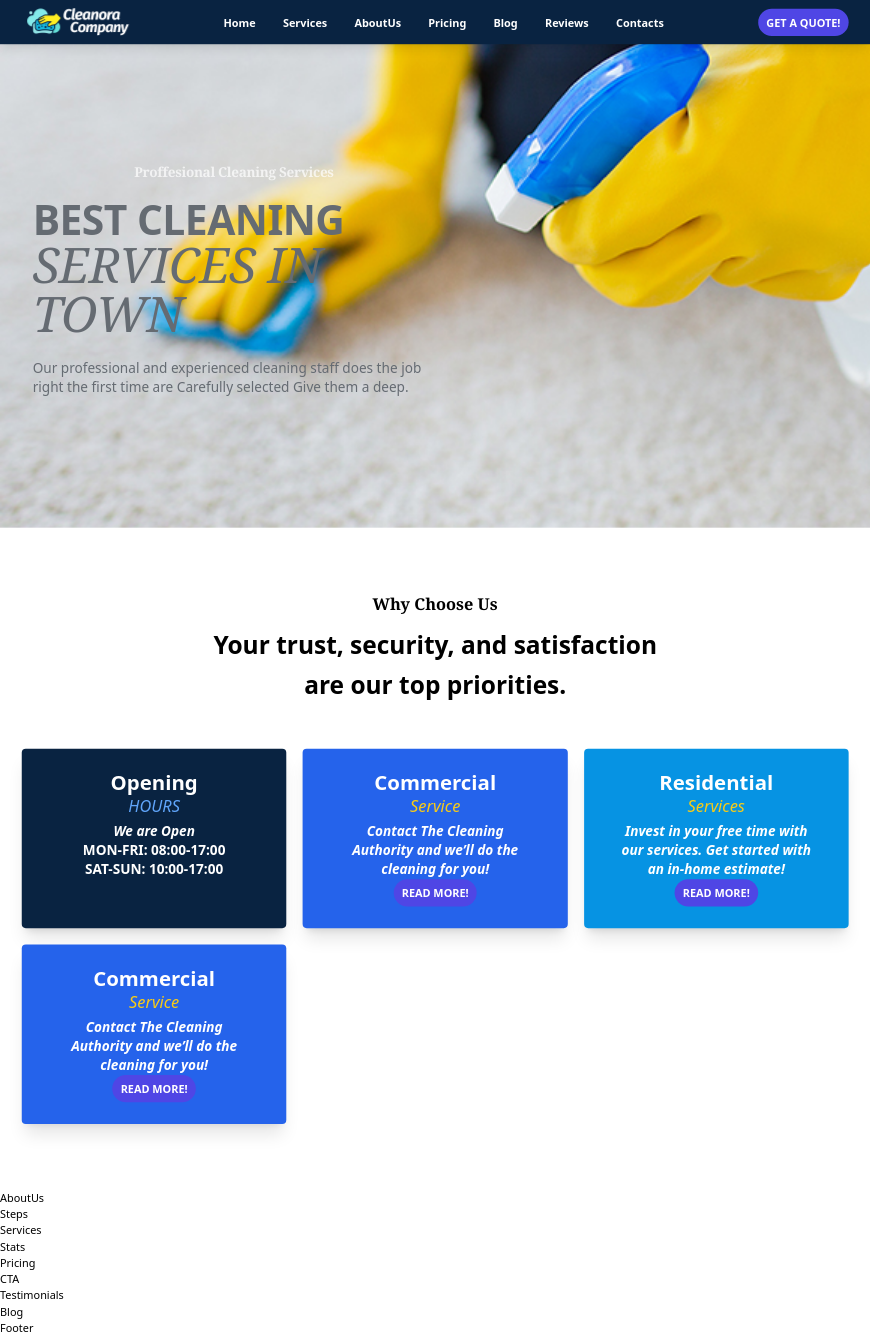
Repository: remydev47/cleonara
Page: /
An editor plug-in stored every save of this project. The page is shown before and after the next save, followed by the edit.
The browser window is 1280 px wide. The pictures show the whole page, at 68% of full size.
The project was rebuilt for these pictures with package versions that can differ from the ones it lists, and the page was loaded fresh each time. The framework's server and built-in components were replaced by stand-ins that run in the browser. Also part of the build but not shown: next.config.js.

Above is the page before, as saved 2022-11-01 12:56:49.

### pages/_app.tsx
import '../styles/globals.css'
import type { AppProps } from 'next/app'
import Header from '../components/Header'

function MyApp({ Component, pageProps }: AppProps) {
  return(
    <>
      <Header />
      <Component {...pageProps} />
    </>

  )
}

export default MyApp

### pages/index.tsx
import type { NextPage } from 'next'
import Head from 'next/head'
import Image from 'next/image'
import { AboutUs, CTA, Hero, Offers, Pricing, Services, Blog, Stats, Steps, Testimonials, Footer } from '../components'

const Home: NextPage = () => {
  return (
    <div className="">
      <Head>
        <title>CLEONARA</title>
        <link rel="icon" href="/favicon.ico" />
      </Head>
      <Hero/>
      <Offers />
      <AboutUs />
      <Steps />
      <Services />
      <Stats />
      <Pricing />
      <CTA />
      <Testimonials />
      <Blog />
      <Footer />
    </div>
  )
}

export default Home

### components/Header.tsx
import React from 'react';
import { navLinks } from '../constants';
import Menupopover from './Menupopover';
import Image from 'next/image';
import Logo from './Logo';
import { Button } from './Button';

const Header = () => {
  return (
    <header className="fixed inset-x-0 bg-[#092341] z-20 flex justify-between items-center py-2 px-2 shadow-lg dark:bg-slate-900 sm:py-3 sm:px-8">
            <div className='flex grow-0 basis-1/3 md:hidden'>
                <Menupopover />
            </div>

             <div className='flex grow-0 ml-2 justify-center md:justify-start'>
                <Logo />

            </div>


            <ul className="list-none sm:flex hidden justify-center items-center flex-1">
            {navLinks.map((nav, index) => (
                <li
                key={nav.id}
                className={`font-bold cursor-pointer text-[16px] hover:text-blue-400
                   ${index === navLinks.length - 1 ? 'mr-0' : 'mr-10'}
                  text-white `}
                >
                    <a>{nav.title}</a>
                </li>
            ))}
           </ul>

          <div className='sm:flex hidden'>
            <Button variant='solid'>
              GET A QUOTE!
            </Button>
          </div>

        </header>
  )
}

export default Header

### components/index.ts
import Hero from "./Hero";
import Offers from "./Offers";
import AboutUs from "./AboutUs";
import Steps from "./Steps";
import Services from "./Services";
import Stats from "./Stats";
import Pricing from "./Pricing";
import CTA from "./CTA";
import Testimonials from "./Testimonials";
import Blog from "./Blog";
import Footer from "./Footer";

export {
    Hero, Offers, AboutUs, Steps, Services, Stats, Pricing, CTA, Testimonials, Blog, Footer
}

### constants/index.ts
export const navLinks=[
    {
        id:"home",
        title:"Home",
    },
    {
        id:"services",
        title:"Services",
    },
    {
        id:"AboutUs",
        title:"AboutUs",
    },
    {
        id:"pricing",
        title:"Pricing",
    },
    {
        id:"blog",
        title:"Blog",
    },
    {
        id:"reviews",
        title:"Reviews",
    },
    {
        id:"contacts",
        title:"Contacts",
    },
]

### components/Menupopover.tsx
import React, {useState, Fragment} from 'react';
import { navLinks } from '../constants';
import { IconButton, Button } from './Button';
import { Transition, Dialog } from '@headlessui/react';
import Logo from './Logo';
import Image from 'next/image';

const Menupopover = () => {
  const [isOpen, setIsOpen] = useState(false)

  return (
    <div>
    <IconButton
      variant='ghost'
      aria-label='menu'
      onClick={() => setIsOpen(!isOpen)}
    >
      <svg className='h-6 w-6 ' fill='none' stroke='currentColor'>
        <path
          strokeLinecap='round'
          strokeLinejoin='round'
          strokeWidth={2}
          d='M4 6h16M4 12h16M4 18h16'
        />
      </svg>
    </IconButton>
    <Transition
      show={isOpen}
      appear
      as={Fragment}
      enter='transform transition ease-in-out duration-300'
      enterFrom='-translate-x-full'
      enterTo='translate-x-0'
      leave='transform transition ease-in-out duration-300 delay-200'
      leaveFrom='translate-x-0'
      leaveTo='-translate-x-full'
     >
     <Dialog
       as='div'
       className={`fixed inset-0 z-50`}
       onClose={setIsOpen}
       open={isOpen}
       >
       <Transition.Child
         as={Fragment}
         enter='ease-out duration-300 delay-300'
         enterFrom='opacity-0'
         enterTo='opacity-100'
         leave='ease-in duration-200'
         leaveFrom='opacity-100'
         leaveTo='opacity-0'
       >

        <Dialog.Overlay
          className={`fixed inset-0 bg-black/20 backdrop-blur-sm dark:bg-gray-900/80`}
         />
      </Transition.Child>
       <div className={styles.dialogcontainer}>
        <a className='mx-auto mt-4 flex w-[140px] '>
          <Logo />
        </a>
        <ul
            className={styles.navWrapper2}
         >
            {navLinks.map((nav, index) => (
                <li
                 key={nav.id}
                 className={` font-bold cursor-pointer text-[16px]
                  mt-2 border-t border-slate-200 py-4 dark:border-slate-600
                  ${index === navLinks.length - 1 ? 'mr-0' : 'mb-4'}
                  text-white `}
                >
                 <a href={`#${nav.id}`}>
                    {nav.title}
                 </a>
                </li>
             ))}
         </ul>

        <IconButton
          variant='ghost'
          aria-label='close menu'
          className='absolute top-5 right-5'
          onClick={() => setIsOpen(false)}
        >
          <svg
            viewBox='0 0 10 10'
            className='h-2.5 w-2.5 overflow-visible'
            aria-hidden='true'
          >
            <path
                d='M0 0L10 10M10 0L0 10'
                fill='none'
                stroke='currentColor'
                strokeWidth='2'
                strokeLinecap='round'
              />
          </svg>
        </IconButton>
       </div>
     </Dialog>
    </Transition>
  </div>
  )
}

export default Menupopover;

const styles ={
  dialogcontainer:`fixed top-0 bottom-0 left-0 w-full max-w-xs rounded-r-xl bg-[#092341] p-6 shadow-lg dark:bg-gray-800`,
  menuitems:`group relative flex h-9 items-center oveflow-hidden rounded-md hover:bg-slate-200/50`,
  navWrapper2:`list-none flex flex-col justify-end items-center flex-1`,
}

### components/Logo.tsx
import React from 'react'
import Image from 'next/image'

const Logo = () => {
  return (
    <div>
        <Image
          src='/images/logo.png'
          alt='Cleonara'
          height={80}
          width={150}
        />
    </div>
  )
}

export default Logo

### components/Button/index.tsx
import React, { forwardRef } from "react";
//import { __DEV__ } from "../../utils/assertions";

type BaseButtonProps = Omit<React.HTMLProps<HTMLButtonElement>, "size">;

/* === Button Element === */

export interface ButtonProps extends BaseButtonProps {
  children: React.ReactNode;
  fullWidth?: boolean;
  className?: string;
  variant?: "solid" | "outline" | "ghost";
  size?: "sm" | "md" | "lg";
  as?: string;
  isExternal?: boolean;
  type?: "button" | "submit" | "reset";
}

export const Button = forwardRef<HTMLButtonElement, ButtonProps>(
  (
    {
      children,
      variant = "solid",
      size = "md",
      fullWidth = false,
      className,
      as = "button",
      isExternal = false,
      ...rest
    },
    ref
  ) => {
    let tempClassNames: string[] = [];

    const sharedClasses = [
      "capitalize",
      "focus:outline-none",
      "focus:ring-2",
      "focus:ring-indigo-400",
      "focus:ring-offset-2",
      "focus:ring-offset-indigo-50",
      "font-semibold",
      "rounded-full",
      "inline-flex",
      "flex-shrink-0",
      "items-center",
      "justify-center",
      "transition-colors",
      "ease-in-out",
      "duration-500",
    ];

    if (fullWidth) sharedClasses.push("w-full");

    // handle variants
    let btnSolid = ["bg-indigo-600", "hover:bg-indigo-700", "text-white"];
    let btnOutline = [
      "dark:text-white",
      "hover:text-indigo-700",
      "hover:dark:text-indigo-700",
      "bg-transparent",
      "hover:bg-indigo-50",
      "border",
      "border-indigo-600",
    ];
    let btnGhost = [
      "bg-transparent",
      "dark:text-white",
      "hover:bg-indigo-50",
      "hover:text-indigo-700",
      "hover:dark:text-indigo-700",
    ];

    if (variant === "solid") {
      tempClassNames = [...sharedClasses, ...btnSolid];
    } else if (variant === "outline") {
      tempClassNames = [...sharedClasses, ...btnOutline];
    } else if (variant === "ghost") {
      tempClassNames = [...sharedClasses, ...btnGhost];
    }

    // handle sizes
    let sizeSm = ["h-8", "px-2", "text-sm"];
    let sizeMd = ["h-10", "px-3"];
    let sizeLg = ["h-12", "px-4", "text-lg"];

    if (size === "sm") {
      tempClassNames = [...tempClassNames, ...sizeSm];
    } else if (size === "md") {
      tempClassNames = [...tempClassNames, ...sizeMd];
    } else if (size === "lg") {
      tempClassNames = [...tempClassNames, ...sizeLg];
    }

    let classes = tempClassNames.join(" ");

    let Element = as ? (
      React.createElement(
        as,
        {
          className: `${classes} ${className}`,
          target: isExternal ? "_blank" : undefined,
          rel: isExternal ? "noopener noreferrer" : undefined,
          ref,
          ...rest,
        },
        children
      )
    ) : (
      <button {...rest} className={`${classes} ${className}`} ref={ref}>
        {children}
      </button>
    );

    return Element;
  }
);

// if (__DEV__) {
//   Button.displayName = "Button";
// }

/* === IconButton Element === */

export interface IconButtonProps extends ButtonProps {
  icon?: React.ReactElement;
  "aria-label": string;
}

export const IconButton = forwardRef<HTMLButtonElement, IconButtonProps>(
  (
    {
      children,
      icon,
      className,
      "aria-label": ariaLabel,
      size = "md",
      ...rest
    },
    ref
  ) => {
    let sharedClasses = ["rounded-full", "!px-0"];

    // handle sizes
    let sizeSm = ["w-8"];
    let sizeMd = ["w-10"];
    let sizeLg = ["w-12"];

    if (size === "sm") {
      sharedClasses = [...sharedClasses, ...sizeSm];
    } else if (size === "md") {
      sharedClasses = [...sharedClasses, ...sizeMd];
    } else if (size === "lg") {
      sharedClasses = [...sharedClasses, ...sizeLg];
    }

    /**
     * Passing the icon as prop or children should work
     */
    const element = icon || children;
    const _children = React.isValidElement(element)
      ? React.cloneElement(element as any, {
          "aria-hidden": true,
          focusable: false,
        })
      : null;

    let classes = sharedClasses.join(" ");
    return (
      <Button
        className={`${classes} ${className}`}
        aria-label={ariaLabel}
        size={size}
        {...rest}
        ref={ref}
      >
        {_children}
      </Button>
    );
  }
)

### components/Hero.tsx
import React from 'react'

const Hero = () => {
  return (
    <section className='relative pt-48 pb-12 xl:pt-60 sm:pb-16 lg:pb-32 xl:pb-48 2xl:pb-56'>
    <div className="absolute inset-0">
     <img className="object-cover w-full h-full" src="/images/7.jpg" alt="" />
    </div>
   <div className='relative'>
    <div className="px-6 mx-auto sm:px-8 lg:px-12 max-w-7xl">
      <div className="w-full lg:w-2/3 xl:w-1/2">
        <h1 className="font-serif text-xl font-bold tracking-tight text-white text-opacity-70 text-center">Proffesional Cleaning Services</h1>
        <p className="mt-6 tracking-tighter text-[#656b72]">
          <span className="font-sans font-bold text-6xl">BEST CLEANING </span><br />
          <span className="font-serif italic font-BOLD text-7xl">SERVICES IN TOWN</span>
        </p>
        <p className="mt-8 font-erif text-xl font-normal text-[#656b72]">
         Our professional and experienced cleaning staff does the job right the first time are Carefully selected Give them a deep.
        </p>
      </div>
    </div>
   </div>
  </section>
  )
}

export default Hero

### components/Offers.tsx
import React from 'react'
import { Button } from './Button'

const Offers = () => {
  return (
    <section className="bg-[#fff] sm:py-16 lg:py-24">
    <div className="px-4 mx-auto max-w-7xl sm:px-6 lg:px-8">
    <div className="max-w-2xl mx-auto text-center">
      <h2 className="text-xl font-serif font-semibold leading-tight text-black  lg:text-2xl">Why Choose Us</h2>
      <p className="mx-auto mt-4 text-4xl font-bold leading-relaxed text-black">
       Your trust, security, and satisfaction are our top priorities.
      </p>
    </div>

    <div className="grid max-w-md grid-cols-1 gap-6 mx-auto mt-8 text-center lg:max-w-full lg:mt-16 lg:grid-cols-3">

        <div className="overflow-hidden bg-[#092341] shadow-xl border-gray-300 rounded-md">
          <div className="p-8 xl:px-12 flex flex-col items-center justify-center">
             <div className='flex flex-col'>
               <h1 className='text-3xl font-semibold text-white'>Opening</h1>
               <span className='italic text-2xl text-blue-400'>HOURS</span>
             </div>
             <h2 className='font-bold text-xl italic text-white text-center mt-2'>
               We are Open
             </h2>
             <p className='text-xl text-white text-center font-bold'>
               MON-FRI: 08:00-17:00
             </p>
             <p className='text-xl text-white text-center font-bold'>
               SAT-SUN: 10:00-17:00
             </p>
          </div>
        </div>

        <div className="overflow-hidden bg-blue-600 shadow-xl border-gray-300 rounded-md">
          <div className="p-8 xl:px-12 flex flex-col items-center justify-center">
             <div className='flex flex-col'>
               <h1 className='text-3xl font-semibold text-white'>Commercial</h1>
               <span className='italic text-2xl text-yellow-400'>Service</span>
             </div>
             <h2 className='font-bold text-xl italic text-white text-center mt-2'>
                Contact The Cleaning Authority and we’ll do the cleaning for you!
             </h2>
             <p>
              <Button variant='solid'>
                READ MORE!
              </Button>
             </p>
          </div>
        </div>


        <div className="overflow-hidden bg-[#0693e3] shadow-xl border-gray-300 rounded-md">
          <div className="p-8 xl:px-12 flex flex-col items-center justify-center">
             <div className='flex flex-col'>
               <h1 className='text-3xl font-semibold text-white'>Residential</h1>
               <span className='italic text-2xl text-yellow-400'>Services</span>
             </div>
             <h2 className='font-bold text-xl italic text-white text-center mt-2'>
               Invest in your free time with our services. Get started with an in-home estimate!
             </h2>
             <p>
              <Button variant='solid'>
                READ MORE!
              </Button>
             </p>
          </div>
        </div>

        <div className="overflow-hidden bg-blue-600 shadow-xl border-gray-300 rounded-md">
          <div className="p-8 xl:px-12 flex flex-col items-center justify-center">
             <div className='flex flex-col'>
               <h1 className='text-3xl font-semibold text-white'>Commercial</h1>
               <span className='italic text-2xl text-yellow-400'>Service</span>
             </div>
             <h2 className='font-bold text-xl italic text-white text-center mt-2'>
                Contact The Cleaning Authority and we’ll do the cleaning for you!
             </h2>
             <p>
              <Button variant='solid'>
                READ MORE!
              </Button>
             </p>
          </div>
        </div>

    </div>
</div>
</section>
  )
}

export default Offers

### components/Steps.tsx
import React from 'react'

const Steps = () => {
  return (
    <div>Steps</div>
  )
}

export default Steps

Loaded but not shown: styles/globals.css (common file); components/AboutUs.tsx (common file); components/Services.tsx (common file); components/Stats.tsx (common file); components/Pricing.tsx (common file); components/CTA.tsx (common file); components/Testimonials.tsx (common file); components/Blog.tsx (common file); components/Footer.tsx (common file); tailwind.config.js (common file)

After the next save:
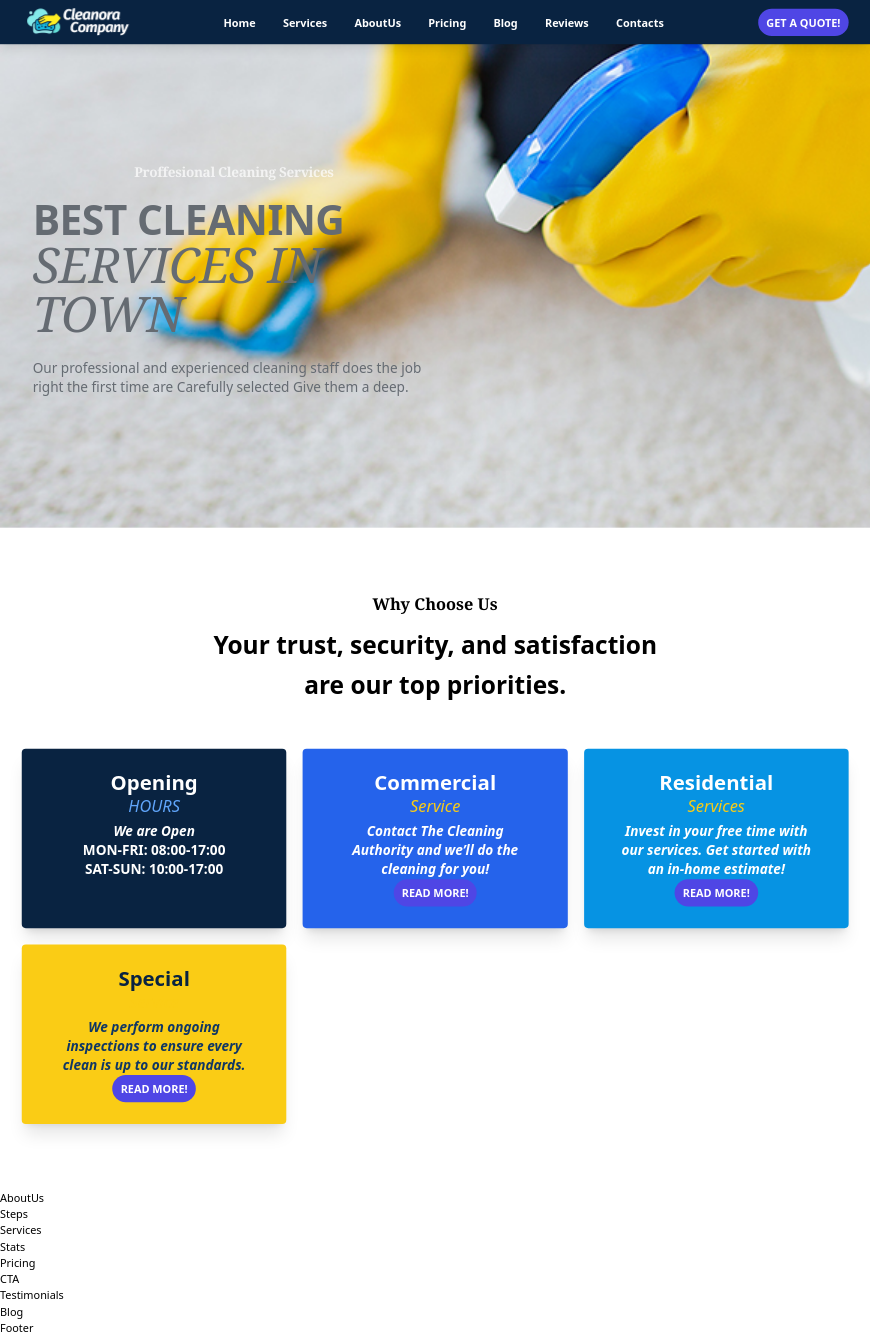
Saved 2 min 9 s later.
--- a/components/Offers.tsx
+++ b/components/Offers.tsx
@@ -67,14 +67,14 @@ const Offers = () => {
           </div>
         </div>
 
-        <div className="overflow-hidden bg-blue-600 shadow-xl border-gray-300 rounded-md">
+        <div className="overflow-hidden bg-yellow-400 shadow-xl border-gray-300 rounded-md">
           <div className="p-8 xl:px-12 flex flex-col items-center justify-center">
              <div className='flex flex-col'>
-               <h1 className='text-3xl font-semibold text-white'>Commercial</h1>
+               <h1 className='text-3xl font-semibold text-[#092341]'>Special</h1>
                <span className='italic text-2xl text-yellow-400'>Service</span>
              </div>
-             <h2 className='font-bold text-xl italic text-white text-center mt-2'>
-                Contact The Cleaning Authority and we’ll do the cleaning for you!
+             <h2 className='font-bold text-xl italic text-[#0f3664] text-center mt-2'>
+              We perform ongoing inspections to ensure every clean is up to our standards.
              </h2>
              <p>
               <Button variant='solid'>
